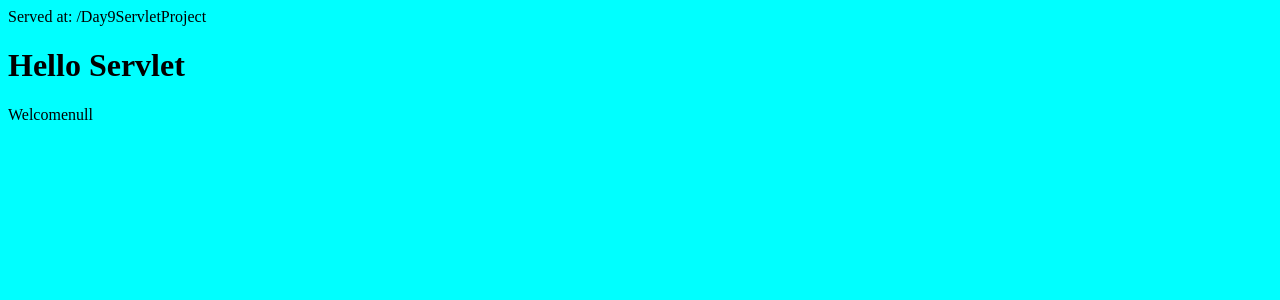
Repository: karthikgm007/JavaBackendGrayMatter
Page: http://localhost/Day9ServletProject/WelcomeServlet
These files come from the project's save history. The page is drawn as it stood at one moment and after the next save; the edit follows.
The browser window is 1280 px wide. The pictures show the whole page.
The page is served by Tomcat 9. Other server files are loaded and not shown.

Above is the page before, as saved 2024-07-25 07:13:43.

### Day9ServletProject/src/main/java/com/graymatter/WelcomeServlet.java
package com.graymatter;

import java.io.IOException;
import java.io.PrintWriter;

import javax.servlet.ServletException;
import javax.servlet.http.HttpServlet;
import javax.servlet.http.HttpServletRequest;
import javax.servlet.http.HttpServletResponse;

/**
 * Servlet implementation class WelcomeServlet
 */
public class WelcomeServlet extends HttpServlet {
	private static final long serialVersionUID = 1L;

    /**
     * @see HttpServlet#HttpServlet()
     */
    public WelcomeServlet() {
        super();
        // TODO Auto-generated constructor stub
    }

	/**
	 * @see HttpServlet#doGet(HttpServletRequest request, HttpServletResponse response)
	 */
	protected void doGet(HttpServletRequest request, HttpServletResponse response) throws ServletException, IOException {
		// TODO Auto-generated method stub
		response.getWriter().append("Served at: ").append(request.getContextPath());
		response.setContentType("text/html");
		PrintWriter out = response.getWriter();
		out.print("<html> <body bgcolor = cyan > <h1> Hello Servlet</h1> </body> </html>");
		String uname = (String) request.getAttribute("uname");
		out.print("Welcome" + uname);

	}

	/**
	 * @see HttpServlet#doPost(HttpServletRequest request, HttpServletResponse response)
	 */
	protected void doPost(HttpServletRequest request, HttpServletResponse response) throws ServletException, IOException {
		// TODO Auto-generated method stub
		doGet(request, response);
	}

}

After the next save:
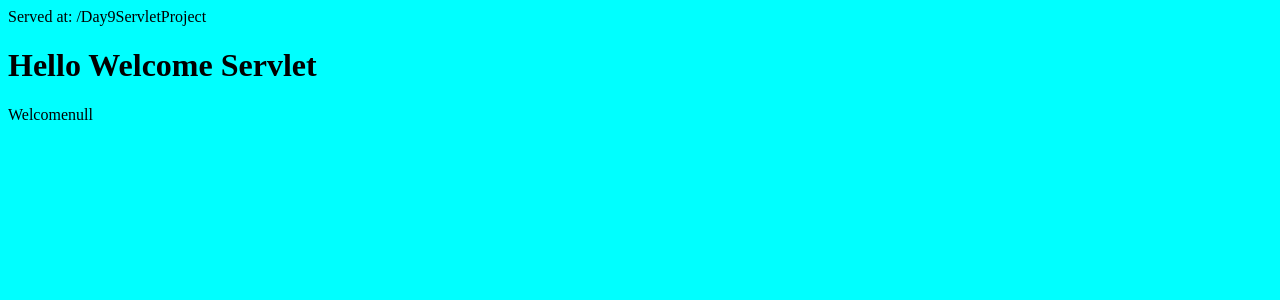
Saved 113 s later.
--- a/Day9ServletProject/src/main/java/com/graymatter/WelcomeServlet.java
+++ b/Day9ServletProject/src/main/java/com/graymatter/WelcomeServlet.java
@@ -30,7 +30,7 @@ public class WelcomeServlet extends HttpServlet {
 		response.getWriter().append("Served at: ").append(request.getContextPath());
 		response.setContentType("text/html");
 		PrintWriter out = response.getWriter();
-		out.print("<html> <body bgcolor = cyan > <h1> Hello Servlet</h1> </body> </html>");
+		out.print("<html> <body bgcolor = cyan > <h1> Hello Welcome Servlet</h1> </body> </html>");
 		String uname = (String) request.getAttribute("uname");
 		out.print("Welcome" + uname);
 
